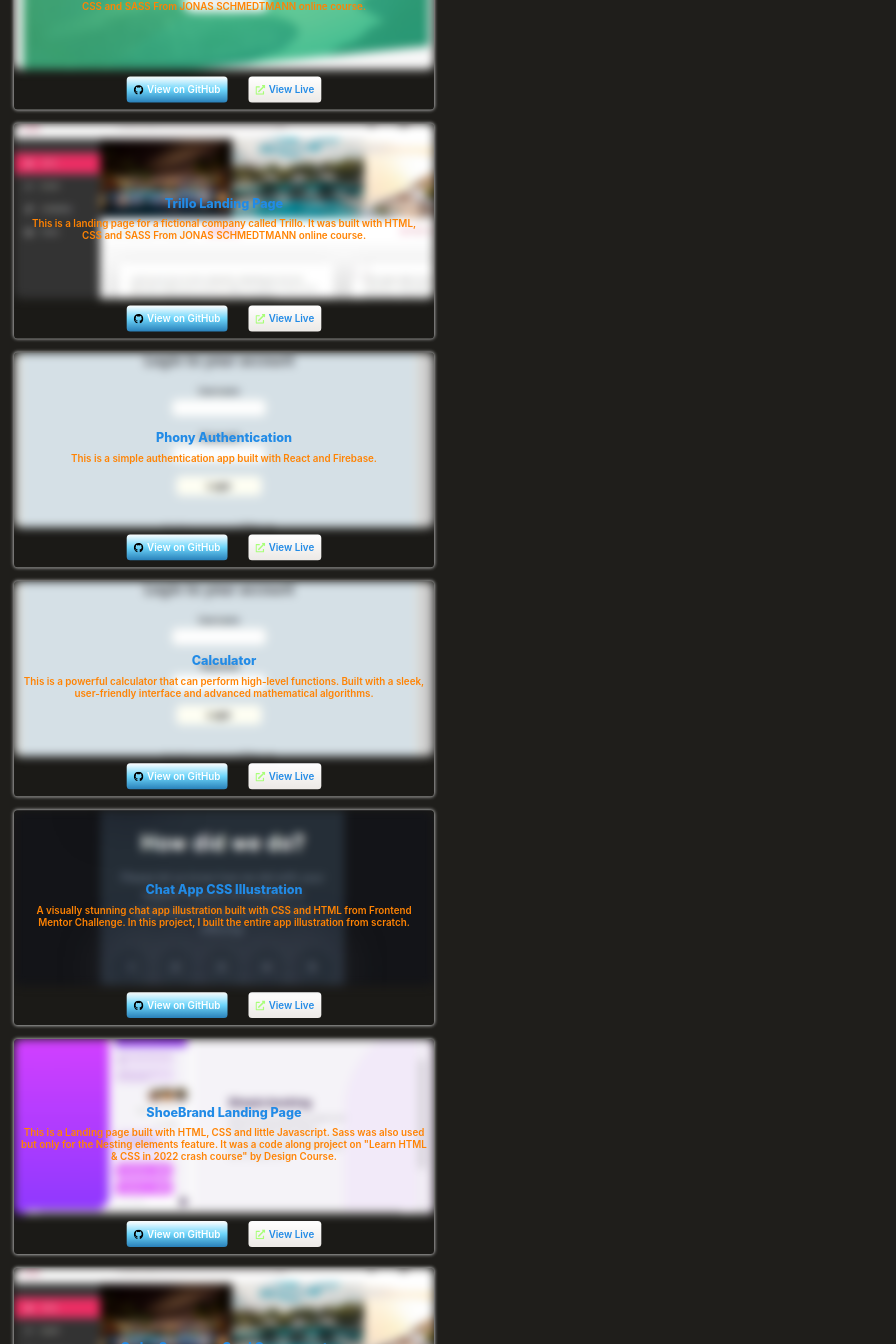
Repository: MikkyPrestige/portfolio
Page: /projects
The author's editor kept a copy of each file at every save. The page is drawn from the files as they stood at one save, then again after the next save.
The browser window is 1280 px wide. The pictures show the part of the page from y = 1558 to 3478 px (the page is 4351 px tall), at 70% of full size.
The project was rebuilt for these pictures with package versions that can differ from the ones it lists, and the page was loaded fresh each time. Also part of the build but not shown: src/components/avatar.jsx, src/components/home.jsx, src/components/about.jsx, src/components/fallback.jsx.

Above is the page before, as saved 2023-02-21 20:47:04.

### public/index.html
<!DOCTYPE html>
<html lang="en">
  <head>
    <meta charset="utf-8" />
    <link rel="icon" href="%PUBLIC_URL%/favicon.ico" />
    <meta name="viewport" content="width=device-width, initial-scale=1" />
    <meta name="theme-color" content="#000000" />
    <meta
      name="description"
      content="Web site created using create-react-app"
    />
    <link rel="apple-touch-icon" href="%PUBLIC_URL%/logo192.png" />
    <!--
      manifest.json provides metadata used when your web app is installed on a
      user's mobile device or desktop. See https://developers.google.com/web/fundamentals/web-app-manifest/
    -->
    <link rel="manifest" href="%PUBLIC_URL%/manifest.json" />
    <!--
      Notice the use of %PUBLIC_URL% in the tags above.
      It will be replaced with the URL of the `public` folder during the build.
      Only files inside the `public` folder can be referenced from the HTML.

      Unlike "/favicon.ico" or "favicon.ico", "%PUBLIC_URL%/favicon.ico" will
      work correctly both with client-side routing and a non-root public URL.
      Learn how to configure a non-root public URL by running `npm run build`.
    -->
    <title>Elue Michael Portfolio</title>
  </head>
  <body>
    <noscript>You need to enable JavaScript to run this app.</noscript>
    <div id="root"></div>
    <!--
      This HTML file is a template.
      If you open it directly in the browser, you will see an empty page.

      You can add webfonts, meta tags, or analytics to this file.
      The build step will place the bundled scripts into the <body> tag.

      To begin the development, run `npm start` or `yarn start`.
      To create a production bundle, use `npm run build` or `yarn build`.
    -->
  </body>
</html>

### src/assets/styles/sass/main.scss
@import 'abstracts/variables';
@import 'base/utilities';
@import 'base/base';
@import 'layouts/header';
@import 'pages/home';
@import 'pages/about';
@import 'pages/projects';
@import 'base/animation';

// @media (prefers-reduced-motion: no-preference) {
//   .App-logo {
//     animation: App-logo-spin infinite 20s linear;
//   }
// }

// @keyframes App-logo-spin {
//   from {
//     transform: rotate(0deg);
//   }
//   to {
//     transform: rotate(360deg);
//   }
// }

### src/components/layout.jsx
import React from "react";
import { MdClose } from "react-icons/md";
import { FiMenu } from "react-icons/fi";
import { useState } from "react";
import { NavLink } from "react-router-dom";

const Layout = () => {
  return (
    <div>
      <LayoutSmall />
      <LayoutLarge />
    </div>
  );
};

const CustomNavLink = ({ to, ...props }) => {
  let activeStyle = {
    color: "var(--color--green)",
    textDecoration: "underline",
  };

  return (
    <NavLink
      to={to}
      style={({ isActive }) =>
        isActive ? activeStyle : { textDecoration: "none" }
      }
      {...props}
    />
  );
};

const LayoutSmall = () => {
  const [showMenu, setShowMenu] = useState(false);

  const toggleMenu = () => {
    setShowMenu(!showMenu);
  };

  const closeMenu = () => {
    setShowMenu(false);
  };

  return (
    <div className="layout layout--small">
      <header className="layout--header">
        <div className="layout--header__title">
          <h1 className="layout--header__title__content">
            <span className="layout--header__title__content__span">{"<"}</span>
            <span className="layout--header__title__content__span--2">
              ELUE
            </span>
            MICHAEL{" "}
            <span className="layout--header__title__content__span">{"/>"}</span>
          </h1>
        </div>
        <nav className="layout--menu">
          <button className="layout--menu__button" onClick={toggleMenu}>
            {showMenu ? <MdClose /> : <FiMenu />}
          </button>
          <div className={`layout--menu__content ${showMenu ? "show" : ""}`}>
            <ul className="layout--menu__content__list">
              <li>
                <CustomNavLink
                  to="/"
                  onClick={closeMenu}
                  className="layout--menu__content__list__item"
                >
                  <span>#</span>Home
                </CustomNavLink>
              </li>
              <li>
                <CustomNavLink
                  to="/about"
                  onClick={closeMenu}
                  className="layout--menu__content__list__item"
                >
                  <span>#</span>About me
                </CustomNavLink>
              </li>
              <li>
                <CustomNavLink
                  to="/projects"
                  onClick={closeMenu}
                  className="layout--menu__content__list__item"
                >
                  <span>#</span>Projects
                </CustomNavLink>
              </li>
              <li>
                <CustomNavLink
                  to="/contact"
                  onClick={closeMenu}
                  className="layout--menu__content__list__item"
                >
                  <span>#</span>Contact
                </CustomNavLink>
              </li>
            </ul>
          </div>
        </nav>
      </header>
    </div>
  );
};

const LayoutLarge = () => {
  return (
    <div className="layout layout--large">
      <header className="layout--header">
        <div className="layout--title">
          <h1 className="layout--title__content">
            <span className="layout--title__content__span">{"<"}</span>
            <span className="layout--header__title__content__span--2">
              ELUE
            </span>
            MICHAEL<span className="layout--title__content__span">{"/>"}</span>
          </h1>
        </div>
        <div className="layout--menu">
          <ul className="layout--menu__list">
            <li className="layout--menu__list__item">
              <CustomNavLink to="/">Home</CustomNavLink>
            </li>
            <li className="layout--menu__list__item">
              <CustomNavLink to="/about">About me</CustomNavLink>
            </li>
            <li className="layout--menu__list__item">
              <CustomNavLink to="/projects">Projects</CustomNavLink>
            </li>
            <li className="layout--menu__list__item">
              <CustomNavLink to="/contact">Contact</CustomNavLink>
            </li>
          </ul>
        </div>
      </header>
    </div>
  );
};

export { Layout, LayoutSmall, LayoutLarge };

### src/assets/styles/sass/abstracts/_variables.scss
:root {
  --color-primary: #cc4600;
  --color-secondary: #bb45cb;
  --color-tertiary: #eefff8;

  // MARK UP
  --color--markup: #FF8303;
  // TEXT
  --color--text: #F0E3CA;

  // BACKGROUND
  --color--bg: #2D322A;
  --color--bg-light: #242320;
  --color--bg-dark: #1B1A17;
  --color--bg-dark-2: #1F1E1B;
  //DARK
  --color--dark: rgba(22, 22, 22, 1);
  --color--dark-1: rgba(34, 34, 34, 1);
  --color--dark-2: rgba(45, 45, 45, 1);
  --color--dark-3: rgba(51, 51, 51, 1);
  --color--dark-4: rgba(189, 189, 189, 1);
  //WHITE
  --color--white: rgba(255, 255, 255, 1);
  --color--white-1: rgba(240, 227, 202, 1);
  --color--white-2: #ece9e6;
  --color--white-op: rgba(240, 227, 202, 0.76);

  // GRAY
  --color--gray: #ABB2BF;

  --light-blue: rgba(97, 218, 251, 1);
  --light-blue--1: #3bc9db;
  --light-blue--2: #6dd5fa;
  --dark-blue: rgba(0, 122, 204, 1);
  --dark-blue--1: #2980b9;
  --blue-cyan: #228be6;
  --dark-blue-op: rgba(6, 6, 7, 0.82);

  --color--green: rgba(131, 205, 41, 1);

  //Font size
  --font-size: 1rem;
  --font-size--small: 1.2rem;
  --font-size--medium: 1.4rem;
  --font-size--large: 1.6rem;
  --font-size--x-large: 1.8rem;
  --font-size--xx-large: 2rem;
  // ICON FONTS
  --font-size--icon: 3rem;
  --font-size--icon-1: 3.5rem;
  --font-size--icon-2: 4rem;


  //Font family
  --font-family: 'Roboto', sans-serif;
  --font--family--primary: 'Inter', sans-serif;
  --font-family--secondary: 'Inconsolata', monospace;
  --font-family--tertiary: 'Impact', sans-serif;
  --font-family--2: 'Fira Code', monospace;

  // FONT WEIGHT
  --font-weight--light: 300;
  --font-weight--regular: 400;
  --font-weight--medium: 600;
  --font-weight--bold: 800;
  --font-weight--boldest: 900;
}

### src/assets/styles/sass/base/_utilities.scss
.github-link-bg {
  background: linear-gradient(to top, var(--dark-blue--1), var(--light-blue--2), var(--color--white));
}

.live-link-bg {
  background: linear-gradient(to top, var(--color--white-2), var(--color--white));
}

.blue-markup {
  color: var(--blue-cyan) !important;
}

### src/assets/styles/sass/base/_base.scss
*,
*::after,
*::before {
  margin: 0;
  padding: 0;
  box-sizing: border-box;
}

html {
  font-size: 62.5%;
  font-family: var(--font-family);
  color: var(--color-white);
  background-color: var(--color--bg);
}

::selection {
  background-color: var(--color-primary);
  color: var(--color-white);
}

### src/assets/styles/sass/layouts/_header.scss
.layout {
  width: 100%;
  height: 5rem;

  &--header {
    display: flex;
    justify-content: space-between;
    align-items: center;
    padding: 1rem;

    &__title {
      text-align: center;

      &__content {
        color: var(--color--text);
        font-family: var(--font-family--tertiary);
        font-size: var(--font-size--large);
        font-weight: var(--font-weight--regular);
        position: absolute;
        z-index: 1000;

        &__span {
          color: var(--dark-blue);
          font-size: var(--font-size--x-large);

          &--2 {
            color: var(--dark-blue);
          }
        }
      }
    }
  }

  &--menu {
    position: relative;

    &__button {
      position: fixed;
      top: 1rem;
      right: 2rem;
      z-index: 10;
      background-color: var(--color--bg);
      color: var(--color--text);
      border: none;
      font-size: var(--font-size--xx-large);
      font-weight: var(--font-weight--bold);
      cursor: pointer;
    }

    &__content {
      position: fixed;
      top: 0;
      right: 0;
      width: 0;
      max-width: 100%;
      height: 85%;
      background-color: var(--color--bg-dark);
      z-index: 5;
      overflow: hidden;

      &.show {
        width: 100%;
        transition: all 1s ease-in-out;
        -webkit-transition: all 1s ease-in-out;
        -moz-transition: all 1s ease-in-out;
        -ms-transition: all 1s ease-in-out;
        -o-transition: all 1s ease-in-out;
      }

      &__list {
        list-style: none;
        display: flex;
        flex-direction: column;
        justify-content: center;
        align-items: center;
        gap: 5rem;
        padding: 0;
        margin-top: 8rem;

        &__item {
          color: var(--dark-blue);
          font-family: var(--font-family--secondary);
          font-size: var(--font-size--large);
          font-weight: var(--font-weight--bold);
          font-style: normal;
          text-transform: capitalize;
          cursor: pointer;
          transition: all 1s ease-in-out;
          -webkit-transition: all 1s ease-in-out;
          -moz-transition: all 1s ease-in-out;
          -ms-transition: all 1s ease-in-out;
          -o-transition: all 1s ease-in-out;

          &:hover,
          &:active {
            color: var(--color--text);
          }

          span {
            color: var(--color--white-1);
          }
        }
      }
    }
  }


  &--large {
    display: none;
  }
}

### src/assets/styles/sass/pages/home.scss
.home {
  width: 100%;
  height: 100vh;
  background: radial-gradient(100% 100% at 50% 100%, var(--color--bg-dark-2) 21.52%, var(--color--bg-dark) 100%);

  &--contents {
    display: flex;
    flex-direction: column;
    justify-content: center;
    align-items: center;
    padding: 3rem 5rem;
    gap: 3rem;
  }

  &--content {
    display: flex;
    flex-direction: column;
    align-items: flex-start;
    padding: 0;
    gap: .5rem;

    &__title {
      font-family: var(--font-family--secondary);
      font-size: var(--font-size--x-large);
      font-weight: var(--font-weight--boldest);
      color: var(--dark-blue);
    }

    &__subtitle {
      font-family: var(--font-family--secondary);
      font-size: var(--font-size--large);
      font-weight: var(--font-weight--bold);
      color: var(--color--text);
    }

    &__desc {
      font-family: var(--font-family--secondary);
      font-size: var(--font-size--small);
      font-weight: var(--font-weight--regular);
      color: var(--color--white-1);
    }
  }

  &--avatar {
    border-radius: 5%;
    -webkit-border-radius: 5%;
    -moz-border-radius: 5%;
    -ms-border-radius: 5%;
    -o-border-radius: 5%;
    background-image: radial-gradient(circle, var(--blue-cyan) 5%, var(--light-blue--1) 95%);
  }
}

### src/assets/styles/sass/pages/_about.scss
.about {
  width: 100%;
  height: 100%;
  background-color: var(--color--bg-dark-2);
  color: var(--color--gray);

  &--wrapper {
    display: flex;
    flex-direction: column;
    justify-content: center;
    align-items: center;
    gap: 1rem;
  }

  &--desc {
    padding: 5rem;
    display: flex;
    flex-direction: column;
    justify-content: center;
    align-items: center;
    gap: 5rem;
  }

  &--img {
    position: relative;

    &__content1 {
      width: 3rem;
      height: 3rem;
      position: absolute;
      top: 0;
      left: 0;
      background: var(--dark-blue);
      transform: rotate(51.88deg);
    }

    &__content2 {
      width: 3rem;
      height: 3rem;
      position: absolute;
      top: 0;
      left: 0;
      background: var(--color--white-op);
    }
  }

  &--content {
    display: flex;
    flex-direction: column;
    justify-content: center;
    align-items: flex-start;
    gap: 2rem;
    font-family: var(--font-family--2);

    &__title {
      line-height: 2;

      &__head {
        font-size: var(--font-size--x-large);
        font-weight: var(--font-weight--medium);
      }

      &__span {
        color: var(--dark-blue);
      }

      &__subhead {
        font-size: var(--font-size--medium);
        font-weight: var(--font-weight--regular);
      }
    }

    &__text {
      padding-left: 3rem;
      line-height: 1.5;
      color: var(--color--text);

      &__head {
        font-size: var(--font-size--large);
        font-weight: var(--font-weight--regular);

        &__name {
          color: var(--blue-cyan);
          font-weight: var(--font-weight--medium);
        }
      }

      &__desc {
        font-size: var(--font-size--small);
        font-weight: var(--font-weight--regular);
      }
    }
  }

  &--skills {
    display: flex;
    flex-direction: column;
    justify-content: center;
    align-items: center;
    gap: 2rem;

    &__title__head {
      font-size: var(--font__title -size--x-large);
      font-weight: var(--font-weight--medium);
      color: var(--dark-blue);
      text-transform: capitalize;
    }

    &__icon {
      font-size: var(--font-size--medium);
      color: var(--color--white-1);
    }

    &__content {
      display: flex;
      flex-direction: column;
      align-items: flex-start;
      gap: 2rem;
      padding: 0;
      width: 100%;

      &__items {
        display: grid;
        grid-template-columns: repeat(2, 1fr);
        gap: 2rem 5rem;
        width: 100%;
        padding: 1rem 3rem;
        border-radius: 1rem;
        background-color: var(--color--bg-dark);

        &__card {
          display: flex;
          flex-direction: column;
          justify-content: center;
          align-items: center;
          padding: 1rem;
          width: 10rem;
          border-radius: 1rem;
          -webkit-border-radius: 1rem;
          -moz-border-radius: 1rem;
          -ms-border-radius: 1rem;
          -o-border-radius: 1rem;

          &__icon {
            font-size: var(--font-size--icon-2);
          }

          &__text {
            font-family: var(--font-family--secondary);
            font-size: var(--font-size--medium);
            font-weight: var(--font-weight--medium);
            color: var(--color--white-1);
          }
        }
      }
    }
  }
}

### src/assets/styles/sass/pages/_projects.scss
.project {
  padding: 2rem;
  background-color: var(--color--bg-dark-2);

  &--title {
    font-family: var(--font--family--secondary);
    font-size: var(--font-size--large);
    font-weight: var(--font-weight--bold);
    color: var(--blue-cyan);
    margin-bottom: 1rem;
  }

  &--wrapper {
    display: grid;
    grid-template-columns: repeat(1, 1fr);
    gap: 2rem;
    width: 100%;
  }

  &--card {
    background-color: var(--color--bg-dark);
    // margin: auto;
    padding: 1rem;
    border-radius: 0.5rem;
    box-shadow: 0 0 0.5rem 0.1rem var(--color--dark-4);
    transition: all 0.3s ease-in-out;
    position: relative;
    display: flex;
    flex-direction: column;
    justify-content: center;
    align-items: center;
    // height: 100%;
    max-width: 60rem;
    overflow-y: hidden;

    &:hover {
      transform: translateY(-0.5rem);
      box-shadow: 0 0 0.5rem 0.1rem var(--color--dark-4);
    }

    &__blur {
      position: absolute;
      top: 0;
      left: 0;
      width: 100%;
      height: 25rem;
      border-radius: 1rem;
      background-size: cover;
      background-position: center;
      background-repeat: no-repeat;
      filter: blur(0.7rem);

      &-1 {
        background-image: url(../../../images/repoApp.jpeg);
      }

      &-2 {
        background-image: url(../../../images/phonieApp.jpeg);
      }

      &-3 {
        background-image: url(../../../images/randomApp.jpeg);
      }

      &-4 {
        background-image: url(../../../images/ratingApp.jpeg);
      }

      &-5 {
        background-image: url(../../../images/natours.jpeg);
      }

      &-6 {
        background-image: url(../../../images/trillo.jpeg);
      }

      &-7 {
        background-image: url(../../../images/phonyApp.jpeg);
      }

      &-8 {
        background-image: url(../../../images/phonyApp.jpeg);
      }

      &-9 {
        background-image: url(../../../images/ratingApp.jpeg);
      }

      &-10 {
        background-image: url(../../../images/chatAppCss.jpeg);
      }

      &-11 {
        background-image: url(../../../images/trillo.jpeg);
      }

      &-12 {
        background-image: url(../../../images/statsCard.jpeg);
      }

      &-13 {
        background-image: url(../../../images/phonyApp.jpeg);
      }

      &-14 {
        background-image: url(../../../images/shoebrand.jpeg);
      }
    }

    &__content {
      height: 25rem;
      width: 100%;
      display: flex;
      flex-direction: column;
      justify-content: center;
      align-items: center;
      gap: 1rem;
      position: relative;
      top: 0;
      left: 0;

      &__title {
        font-family: var(--font--family--tertiary);
        font-size: var(--font-size--x-large);
        font-weight: var(--font-weight--bold);
        color: var(--blue-cyan);
      }

      &__desc {
        font-family: var(--font--family--secondary);
        font-size: var(--font-size--medium);
        font-weight: var(--font-weight--medium);
        color: var(--color--markup);
        text-align: center;
      }
    }

    &__links {
      display: flex;
      align-items: center;
      gap: 3rem;

      &__link {
        text-decoration: none;
        padding: 1rem;
        border-radius: 0.5rem;
        font-family: var(--font--family--secondary);
        font-size: var(--font-size--medium);
        font-weight: var(--font-weight--medium);
        color: var(--color--white);
        transition: all 0.3s ease-in-out;
        display: inline-flex;
        align-items: center;
        gap: .5rem;

        &:hover,
        &:focus {
          outline: none;
          animation: Heartbeat 1s infinite;
          -webkit-animation: Heartbeat 1s infinite;
}
      }
    }
  }
}

### src/assets/styles/sass/base/_animation.scss
//  INFINITE HEARTBEAT PAUSE ANIMATION

@keyframes Heartbeat {
  0% {
    transform: scale(1);
    -webkit-transform: scale(1);
    -moz-transform: scale(1);
    -ms-transform: scale(1);
    -o-transform: scale(1);
  }

  50% {
    transform: scale(1.05);
    -webkit-transform: scale(1.05);
    -moz-transform: scale(1.05);
    -ms-transform: scale(1.05);
    -o-transform: scale(1.05);
  }

  100% {
    transform: scale(1);
    -webkit-transform: scale(1);
    -moz-transform: scale(1);
    -ms-transform: scale(1);
    -o-transform: scale(1);
  }
}

Loaded but not shown: src/index.css (common file); src/reportWebVitals.js (common file); src/index.js (21 lines, source omitted); src/App.js (22 lines, source omitted); src/components/projects.jsx (434 lines, source omitted)

After the next save:
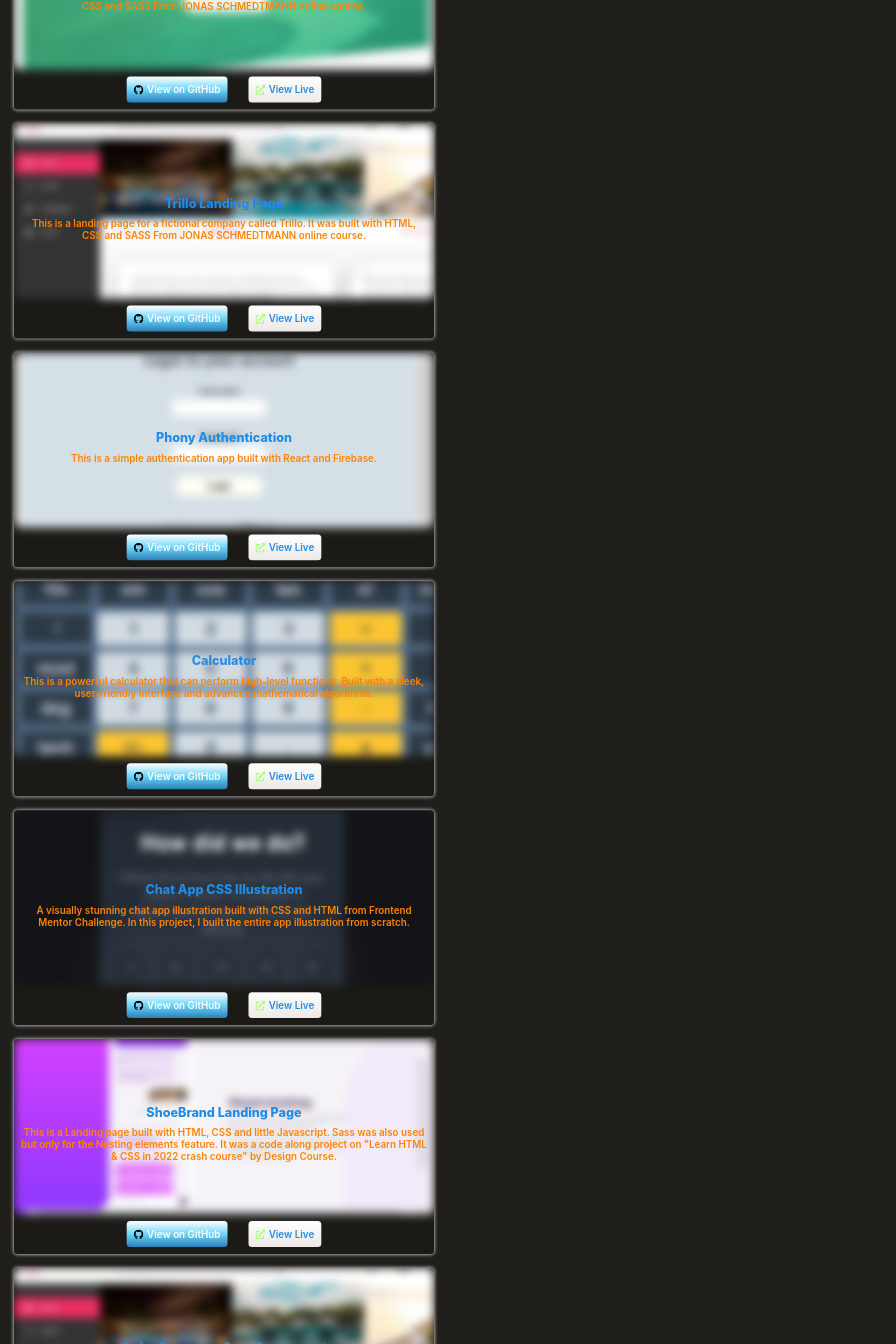
Saved 19 s later.
--- a/src/assets/styles/sass/pages/_projects.scss
+++ b/src/assets/styles/sass/pages/_projects.scss
@@ -79,7 +79,7 @@
       }
 
       &-8 {
-        background-image: url(../../../images/phonyApp.jpeg);
+        background-image: url(../../../images/calculator.jpeg);
       }
 
       &-9 {
